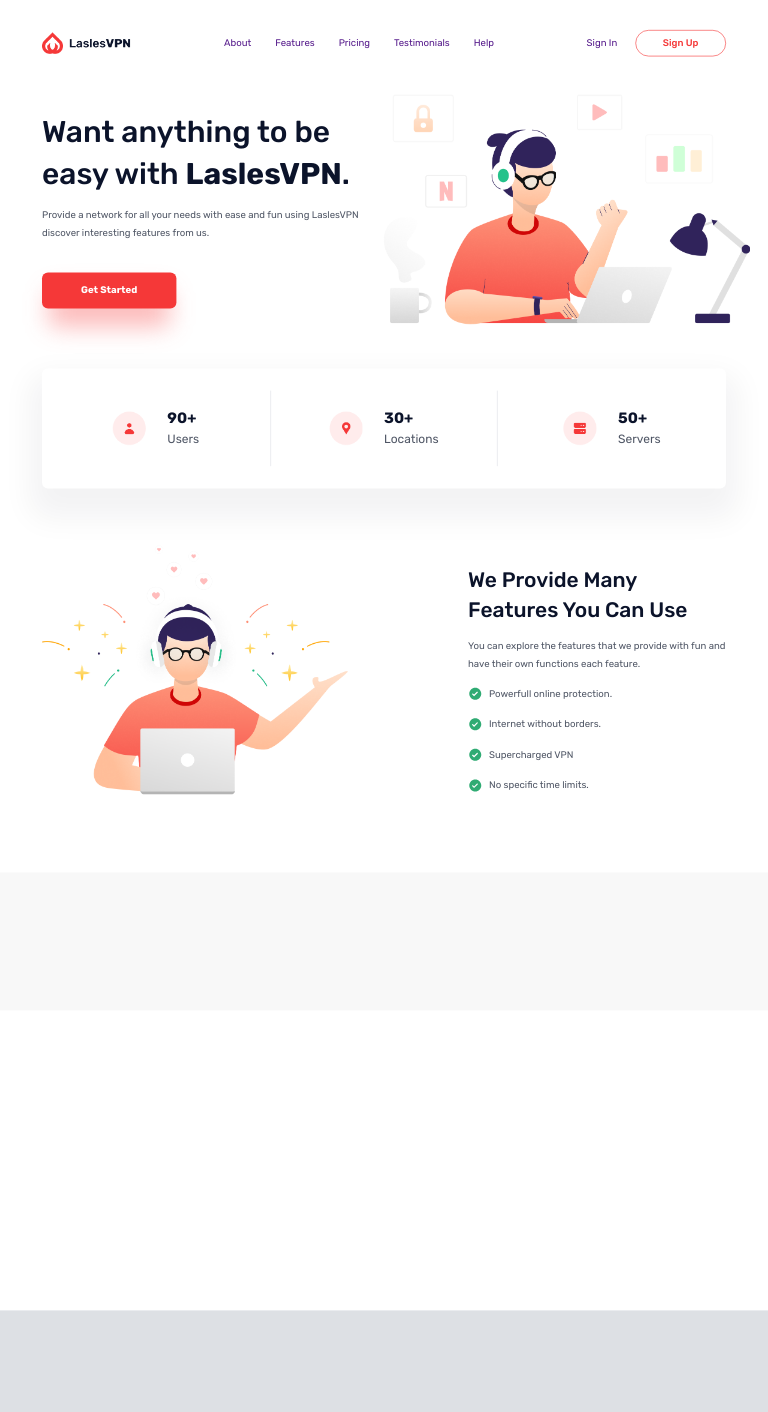
Repository: dangpham205/LaslesVPN-Landing-Page
Page: index.html
The author's editor kept a copy of each file at every save. The page is drawn from the files as they stood at one save, then again after the next save.
The browser window is 1280 px wide. The pictures show the whole page, at 60% of full size.

Above is the page before, as saved 2022-07-20 11:23:36.

After the next save:
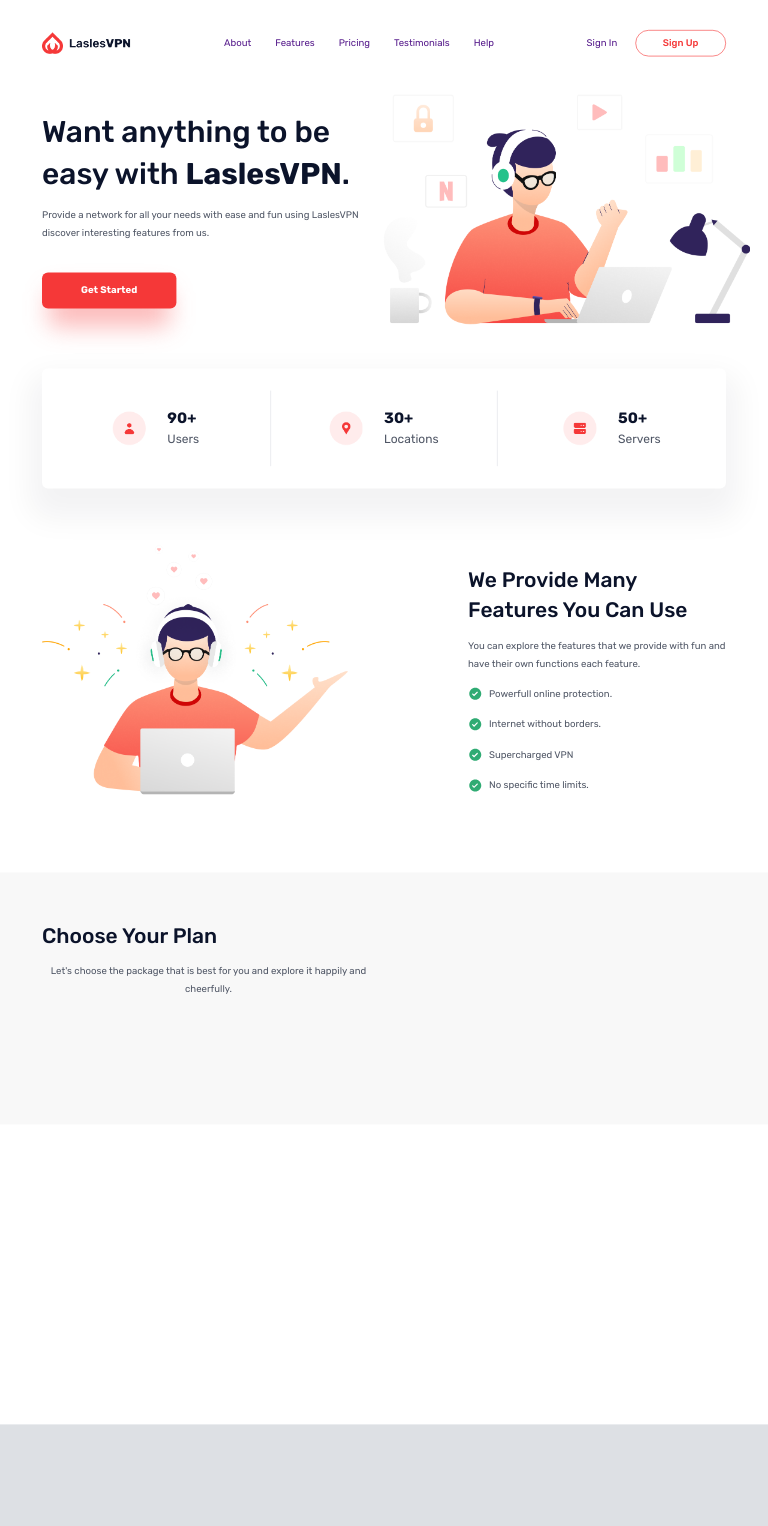
Saved 61 s later.
--- a/index.html
+++ b/index.html
@@ -138,7 +138,8 @@
             <section class="plan">
                 <div class="container">
                     <div class="plan__container">
-
+                        <h3 class="plan__title heading">Choose Your Plan</h3>
+                        <p class="plan__desc text">Let's choose the package that is best for you and explore it happily and cheerfully.</p>
                     </div>
                 </div>
             </section>
